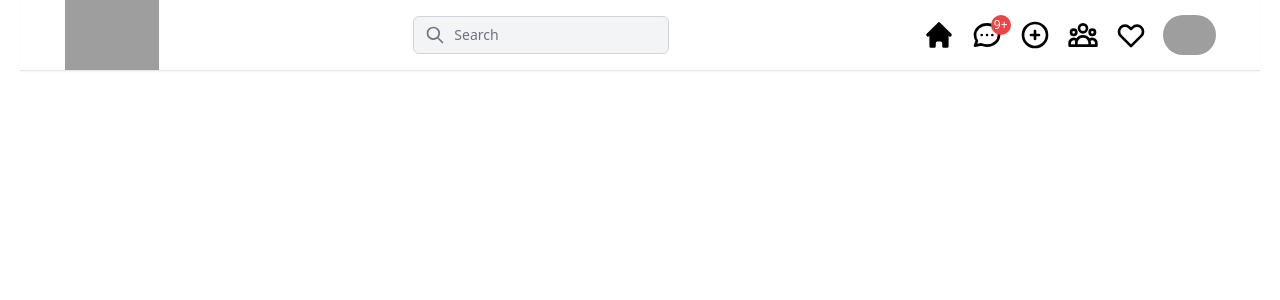
Repository: Qu4ntumGuy/insta-clone
Page: /
An editor plug-in stored every save of this project. The page is shown before and after the next save, followed by the edit.
The browser window is 1280 px wide. The pictures show the whole page.
Pictures or frames that could not be fetched are drawn as grey boxes. The project was rebuilt for these pictures with package versions that can differ from the ones it lists, and the page was loaded fresh each time. The framework's server and built-in components were replaced by stand-ins that run in the browser. Also part of the build but not shown: next.config.js.

Above is the page before, as saved 2022-03-16 14:28:54.

### pages/index.js
import Head from "next/head";
import Header from "../components/Header";

export default function Home() {
  return (
    <div className="">
      <Head>
        <title>Instagram 2.0</title>
        <link rel="icon" href="/favicon.ico" />
      </Head>
      <Header />
    </div>
  );
}

### styles/globals.css
@tailwind base;
@tailwind components;
@tailwind utilities;

@layer components {
    .navBtn {
        @apply h-8 md:inline-flex cursor-pointer
        transition-all duration-150 ease-out
    }
}

### components/Header.js
import Image from "next/image";
import {
  SearchIcon,
  PlusCircleIcon,
  UserGroupIcon,
  HeartIcon,
  CameraIcon,
  ChatIcon,
  MenuIcon,
} from "@heroicons/react/outline";
import { HomeIcon } from "@heroicons/react/solid";

const Header = () => {
  return (
    <div className="mx-5 shadow-sm border-b bg-white sticky top-0 z-50">
      <div className="flex justify-between max-w-6xl lg:mx-auto">
        <div className="relative hidden md:inline-grid w-24 cursor-pointer">
          <Image
            src="https://logos-world.net/wp-content/uploads/2020/04/Instagram-Logo.png"
            layout="fill"
            objectFit="contain"
          />
        </div>

        <div className="md:hidden flex items-center">
          <CameraIcon className="h-8 w-8" />
        </div>

        <div className=" max-w-xs">
          <div className=" relative m-1 p-3 rounded-md">
            <div className=" absolute inset-y-0  pl-3 flex items-center">
              <SearchIcon className=" h-5 w-5 text-gray-500" />
            </div>
            <input
              className="bg-gray-100 rounded-md block w-full pl-10 sm: text-sm
            border-gray-300 focus:ring-black focus:border-black"
              type="text"
              placeholder="Search"
            />
          </div>
        </div>
        <div className="flex items-center space-x-4">
          <HomeIcon className=" navBtn" />
          <div className=" relative">
            <ChatIcon className=" navBtn" />
            <div className=" absolute -top-1 -right-2 text-xs h-5 w-5
             bg-red-500 rounded-full flex items-center justify-center
             text-white">
              9+
            </div>
          </div>
          <PlusCircleIcon className=" navBtn" />
          <UserGroupIcon className="navBtn" />
          <HeartIcon className=" navBtn " />
          <img
            className=" relative h-10 rounded-full"
            src="https://upload.wikimedia.org/wikipedia/commons/thumb/2/2a/Instagram_logo.svg/840px-Instagram_logo.svg.png"
            alt="Profile"
          />
        </div>
      </div>
    </div>
  );
};

export default Header;

### components/Feed.js
const Feed = () => {
    return <div>
        I am feed
    </div>
};

export default Feed;

Loaded but not shown: pages/_app.js (common file); tailwind.config.js (common file)

After the next save:
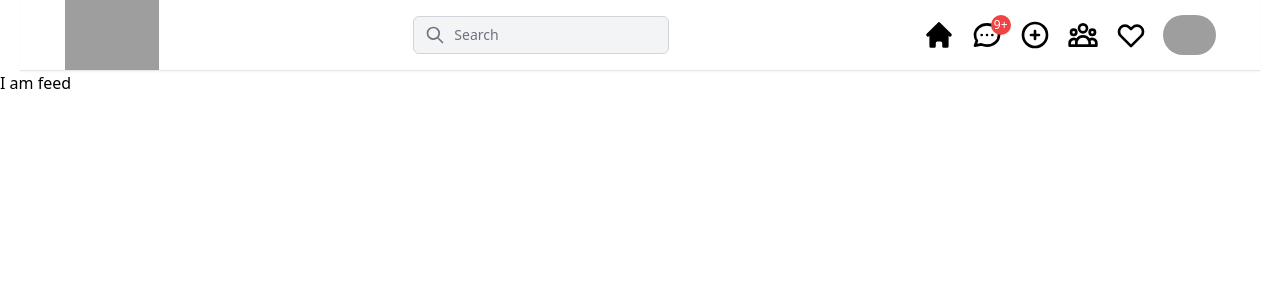
Saved 8 s later.
--- a/pages/index.js
+++ b/pages/index.js
@@ -1,4 +1,5 @@
 import Head from "next/head";
+import Feed from "../components/Feed";
 import Header from "../components/Header";
 
 export default function Home() {
@@ -8,7 +9,11 @@ export default function Home() {
         <title>Instagram 2.0</title>
         <link rel="icon" href="/favicon.ico" />
       </Head>
+
       <Header />
+
+      <Feed/>
+
     </div>
   );
 }

After the save that followed:
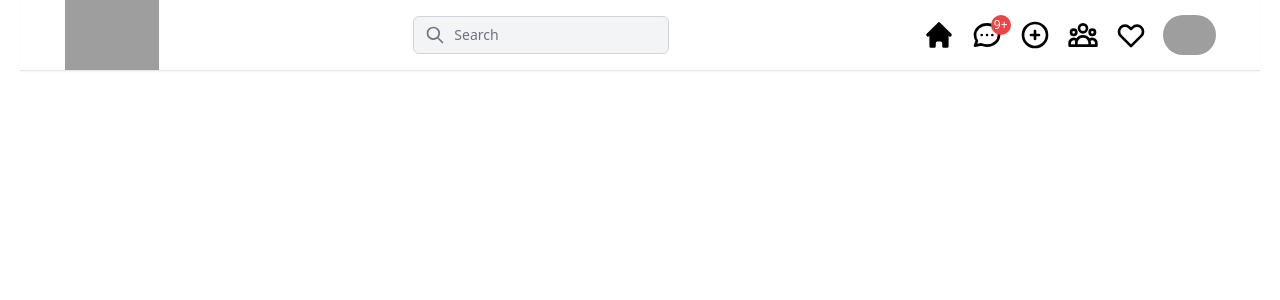
Saved 2 min 49 s later.
--- a/components/Feed.js
+++ b/components/Feed.js
@@ -1,6 +1,11 @@
 const Feed = () => {
     return <div>
-        I am feed
+        {/* Section */}
+            {/* Story  */}
+            {/*Post */}
+
+        {/* Section */}
+            {/* Mini Dispaly */}
     </div>
 };
 
